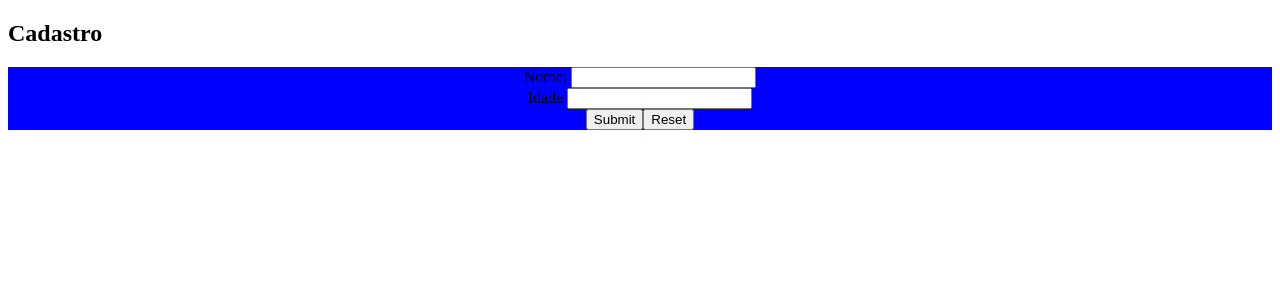
Repository: ViniciusyLima/SpringToolSuite4
Page: http://localhost/aula05/Cadastro.jsp
These files come from the project's save history. The page is drawn as it stood at one moment and after the next save; the edit follows.
The browser window is 1280 px wide. The pictures show the whole page.
The page is served by Tomcat 9.

Above is the page before, as saved 2023-09-06 12:18:01.

After the next save:
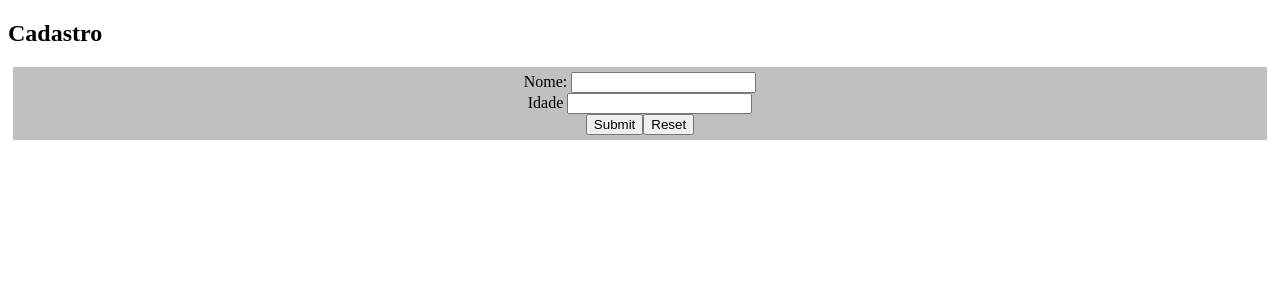
Saved 57 s later.
--- a/aula05/src/main/webapp/Style.css
+++ b/aula05/src/main/webapp/Style.css
@@ -5,5 +5,7 @@
 	flex-direction: column;
 	text-align: center;
 	align-items: center;
-	background-color: blue;
+	background-color: rgb(192, 192, 192);
+	padding: 5px;
+	margin: 5px;
 }
